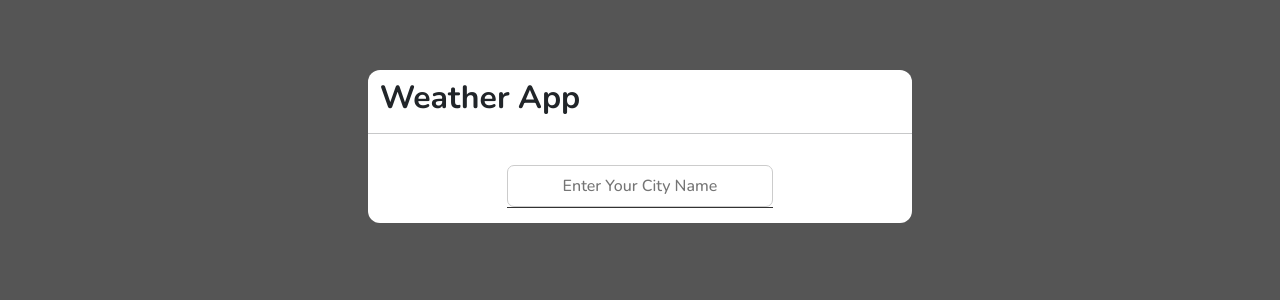
Repository: youssef168/Weather-App
Page: index.htm
These files come from the project's save history. The page is drawn as it stood at one moment and after the next save; the edit follows.
The browser window is 1280 px wide. The pictures show the whole page.

Above is the page before, as saved 2021-12-28 21:46:13.

### index.htm
<!DOCTYPE html>
<html lang="en">
<head>
    <meta charset="UTF-8">
    <meta http-equiv="X-UA-Compatible" content="IE=edge">
    <meta name="viewport" content="width=device-width, initial-scale=1.0">
    <link href="https://cdn.jsdelivr.net/npm/bootstrap@5.1.3/dist/css/bootstrap.min.css" rel="stylesheet" integrity="sha384-1BmE4kWBq78iYhFldvKuhfTAU6auU8tT94WrHftjDbrCEXSU1oBoqyl2QvZ6jIW3" crossorigin="anonymous">
    <link rel="preconnect" href="https://fonts.googleapis.com">
    <link rel="preconnect" href="https://fonts.gstatic.com" crossorigin>
    <link href="https://fonts.googleapis.com/css2?family=Nunito:ital,wght@0,300;0,500;0,600;0,700;0,900;1,200;1,300;1,400;1,500;1,700&family=Work+Sans:ital,wght@1,400;1,600&display=swap" rel="stylesheet">
    <link rel="stylesheet" href="./style.css">
    <link href='https://unpkg.com/boxicons@2.1.1/css/boxicons.min.css' rel='stylesheet'>

    <title>Document</title>
</head>
<body>
    <div class="container">
        <div class='row super'>
            <h2>Weather App</h2>
            <hr>
          <div class='col '>
              <div class="wearher-img">
                  <img class="w-100" src="./Umbrella-rafiki.svg" alt="">
              </div>
              <div class="weather-details">
                  <span class="degree">18</span>
                  <span class="sign">°</span>
                  <span class="sign-2">
                    C
                  </span>
                  <h4>Broken Cold</h4>
              </div>
              <div class="location">
                <i class='bx bx-map-alt'></i>
                <span>Shubra,Cairo</span>
              </div>
              <div class="detail-box">
                  <div class="column fellLike">
                      <i class='bx bxs-thermometer'></i>
                      <div class="innerFeild "></
                        <span class="degree-2">18°C</span>

                        <div>Feels like</div>
                    </div>
                  </div>
                  <div class="column Humidity">
                    <i class='bx bxs-droplet'></i>
                    <div class="innerFeild">
                        <span class="degree-2">
                            63%</span>
                            <h6>Humidity</h6>
                    </div>
                  </div>
              </div>
            </div>
            <div class="col super-x">
                <div class="input">
                    <input class="input-super" type="text" placeholder="Enter Your City Name">
                </div>
            </div>
        </div>
    </div>


    <script src="./script.js"></script>
    <script src="https://cdn.jsdelivr.net/npm/bootstrap@5.1.3/dist/js/bootstrap.bundle.min.js" integrity="sha384-ka7Sk0Gln4gmtz2MlQnikT1wXgYsOg+OMhuP+IlRH9sENBO0LRn5q+8nbTov4+1p" crossorigin="anonymous"></script>
</body>
</html>

### style.css
/* Start Global Rules */
body {
    font-family: 'Nunito', sans-serif;
    background: #555

}



.super {
    margin: auto;
    margin-top: 70px;
    width: fit-content;
    background: #fff;
    border-radius: 12px;
    /* background-image: url('./blob.svg');
    background-repeat: no-repeat;
    background-size: covere; */
}

/* end Global Rules */

h2 {
    font-weight: bold !important;
    /* font-size: 3.6rem !important; */
    line-height: 55px ;
}

.container {
    padding: 0;
}

.wearher-img {
    width: 330px;
}

.col {
    padding: 15px;
    display: flex ;
    flex-direction: column;
    justify-content: center;
    align-items: center;
    display: none;
}

.col.active {
    display: flex;
}


.weather-details {
    font-size: 60px;
    font-weight: bold;
}

.sign {
    margin-left: -5px;
}

.weatherStatus {
    font-weight: bolder;
    font-size: 1.8rem;
    text-align: center;
    margin: auto;
}

.location {
    font-size: 1.4rem;
    display: flex;
    align-items: center;
    background-color: #407BFF;
    padding: 5px 13px;
    color: #fff;
    border-radius: 8px;
    justify-content:center;
    margin-bottom: 15px;
}

.location .bx-map-alt {
    margin-right: 8px;
}

.detail-box {
    display: flex;
    border-top: 1px solid #ccc;
    width: 100%;
    justify-content: space-between;
}

.detail-box .column {
    width: 100%;
    display: flex;
    justify-content: center;
    padding: 16px 0 0;
}

.innerFeild {
    display: flex;
    flex-direction: column;
}

.column i {
    margin-top: 5px;
    font-size: 40px;
}

.super-x {
    padding: 15px;
    display: flex ;
    flex-direction: column;
    justify-content: center;
    align-items: center;
}


.input-super {
    padding: 8px 30px;
    text-align: center;
    outline: none;
    border: 1px solid #ccc;
    border-radius: 7px;
    width: 100%;
}

.input {
    border-bottom: 1px solid #333;
}

Loaded but not shown: script.js (no copy from this time; the picture is the same without it)

After the next save:
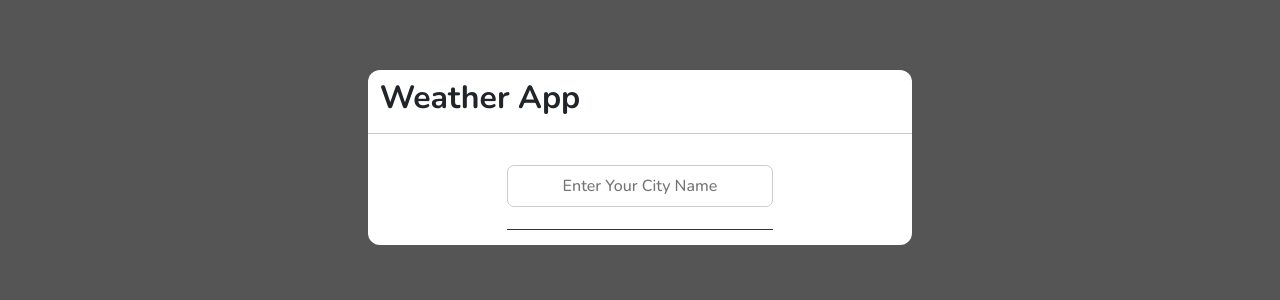
Saved 28 s later.
--- a/style.css
+++ b/style.css
@@ -120,6 +120,7 @@ h2 {
     border: 1px solid #ccc;
     border-radius: 7px;
     width: 100%;
+    margin-bottom: 22px;
 }
 
 .input {
